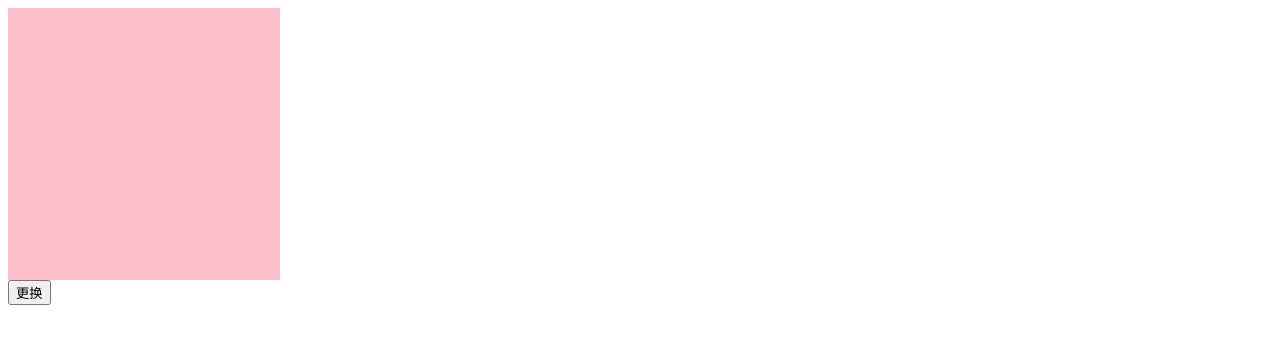
Repository: Bluesouls/eliauk.github.io
Page: Ajax学习笔记/day01/code/index.html
These files come from the project's save history. The page is drawn as it stood at one moment and after the next save; the edit follows.
The browser window is 1280 px wide. The pictures show the whole page.

Above is the page before, as saved 2022-04-24 16:03:45.

### Ajax学习笔记/day01/code/index.html
<!DOCTYPE html>
<html lang="en">
<head>
  <meta charset="UTF-8">
  <meta http-equiv="X-UA-Compatible" content="IE=edge">
  <meta name="viewport" content="width=device-width, initial-scale=1.0">
  <title>Document</title>
  <script src="https://unpkg.com/axios/dist/axios.min.js"></script>
  <style>
    .box{
      width: 250px;
      height: 250px;
      border: 1px solid pink;
      background: pink;
      box-shadow: pink;
      color: white;
      padding: 10px;
    }
  </style>
</head>
<body>
  <div class="box">
    <!-- <p></p> -->
  </div>
  <button onclick="change()">更换</button>
  <script>
    var box = document.querySelector('.box');
      function change(){
      const info = axios({
        method: 'GET',
        url: 'https://xl.xilinglaoshi.com:8001/fenshou'
      }).then(function(result){
          // box.value = result.data.content
          // console.log(result.data.data[0].content)
          box.innerHTML = result.data.data[0].content
      })
    }

  </script>
</body>
</html>

After the next save:
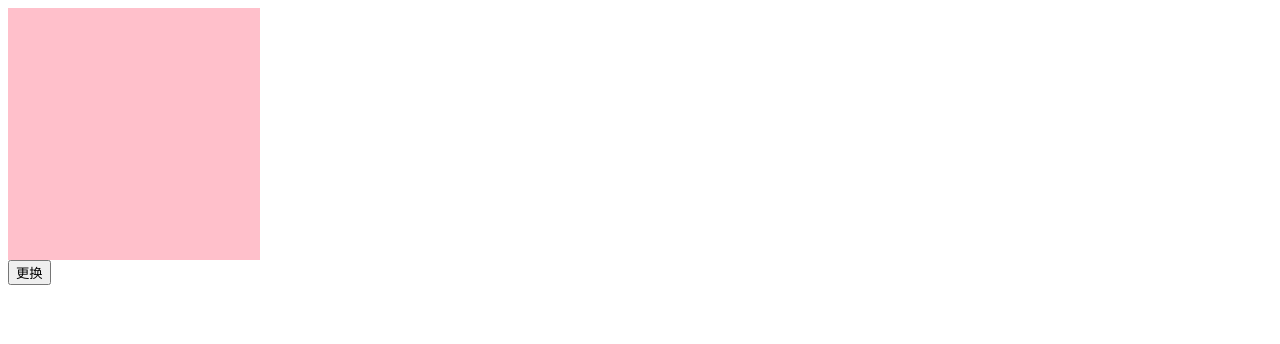
Saved 24 s later.
--- a/Ajax学习笔记/day01/code/index.html
+++ b/Ajax学习笔记/day01/code/index.html
@@ -14,7 +14,7 @@
       background: pink;
       box-shadow: pink;
       color: white;
-      padding: 10px;
+      flex: content;
     }
   </style>
 </head>
